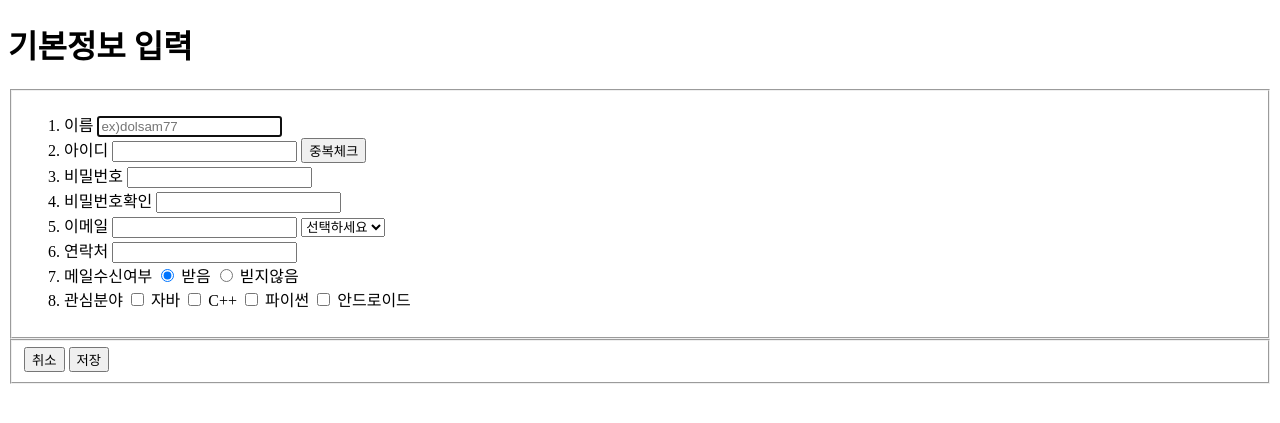
Repository: gus-123/Edu_KCC_HTML
Page: Html/WebContent/test/h_mission1.html
An editor plug-in stored every save of this project. The page is shown before and after the next save, followed by the edit.
The browser window is 1280 px wide. The pictures show the whole page.

Above is the page before, as saved 2024-07-08 06:34:41.

### Html/WebContent/test/h_mission1.html
<!DOCTYPE html>
<html>
<head>
<meta charset="UTF-8">
<title>Insert title here</title>
</head>
<body>
		<h1>기본정보 입력</h1>
	<form action = "서버URL" method="get/post">
		<fieldset>
			<ol>
				<li>
					<label for="name">이름</label>
					<input type="text" name="Name" id="name" autofocus="autofocus" placeholder ="ex)dolsam77">
				</li>
				<li>
					<label for="id">아이디</label>
					<input type="text" name="Id" id="id" autofocus="autofocus">
					<input type="button" value="중복체크">
				</li>
				<li>
					<label for="pw">비밀번호</label>
					<input type="text" name="Pw" id="pw" autofocus="autofocus">
				</li>
				<li>
					<label for="checkpw">비밀번호확인</label>
					<input type="text" name="checkPw" id="checkpw" autofocus="autofocus">
				</li>
				<li>
					<label for="email">이메일</label>
					<input type="text" name="Email" id="email" autofocus="autofocus">
					<select name="url" id="selurl">
						<option value = "naver.com">선택하세요</option>
						<option value = "naver.com">naver.com</option>
						<option value = "gmail.com">gmail.com</option>
						<option value = "kakao.kr">kakao.kr</option>
					</select>
				</li>
				<li>
					<label for="phone">연락처</label>
					<input type="text" name="Phone" id="phone" autofocus="autofocus">
				</li>
				<li>
					<label>메일수신여부</label>
					<input type="radio" name = "ok" value ="받음" checked> 받음</input>
					<input type="radio" name = "no" value ="받지않음" > 빋지않음</input>
				</li>
				<li>
					<label>관심분야</label>
					<input type="checkbox" name = "java" value ="자바"> 자바</input>
					<input type="checkbox" name = "c++" value ="c++"> C++</input>
					<input type="checkbox" name = "파이썬" value ="파이썬"> 파이썬</input>
					<input type="checkbox" name = "android" value ="안드로이드"> 안드로이드 </input>
				</li>
			</ol>
		</fieldset>
		<fieldset>
			<input type="reset" value="취소">
			<input type="submit" value="저장">
		</fieldset>
	</form>
</body>
</html>

After the next save:
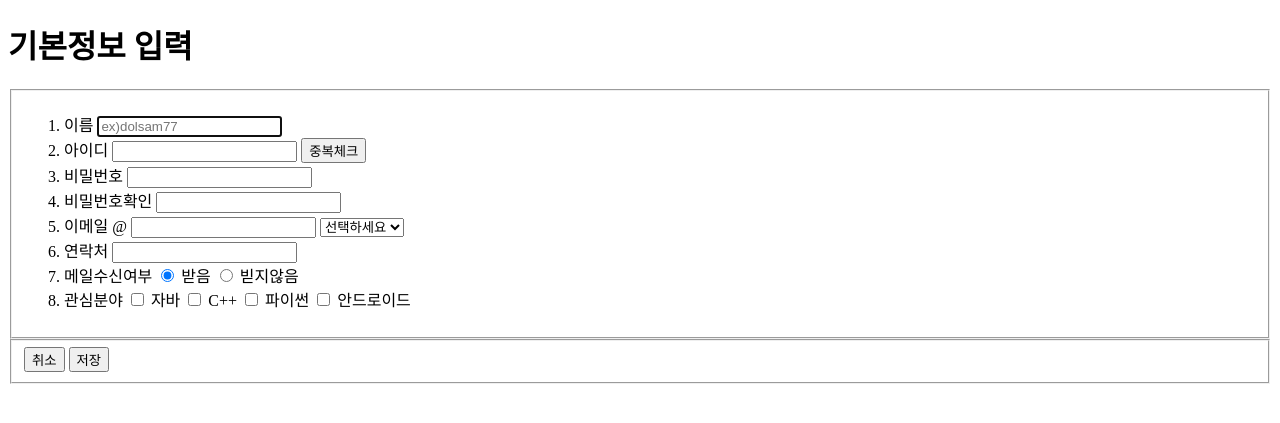
Saved 72 s later.
--- a/Html/WebContent/test/h_mission1.html
+++ b/Html/WebContent/test/h_mission1.html
@@ -28,6 +28,7 @@
 				</li>
 				<li>
 					<label for="email">이메일</label>
+					@
 					<input type="text" name="Email" id="email" autofocus="autofocus">
 					<select name="url" id="selurl">
 						<option value = "naver.com">선택하세요</option>
